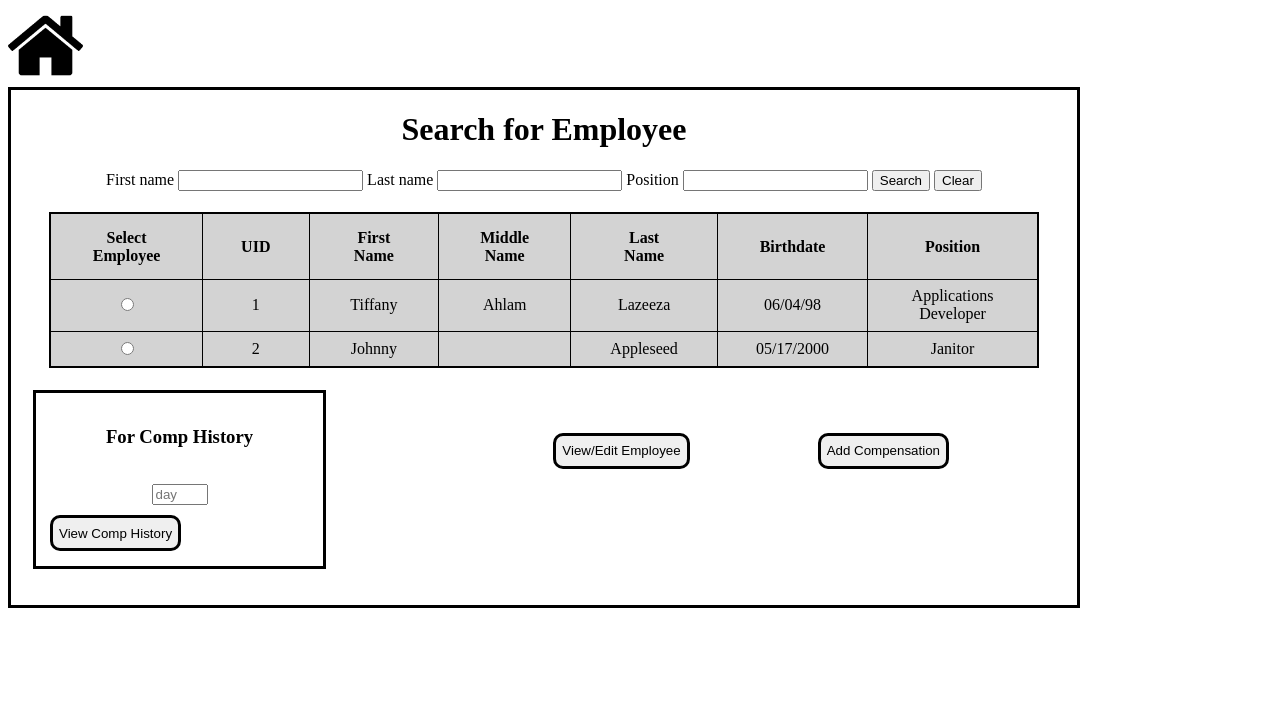
Repository: ticross18/SpringBootEmployeeSystem
Page: EmploymentSystem/src/main/resources/static/searchEmp.html
These files come from the project's save history. The page is drawn as it stood at one moment and after the next save; the edit follows.
The browser window is 1280 px wide. The pictures show the whole page.

Above is the page before, as saved 2022-05-17 18:18:56.

### EmploymentSystem/src/main/resources/static/searchEmp.html
<!DOCTYPE html>
<html>
<head>
	<title>Search for Employee</title>
	<meta charset="UTF-8">
	<meta name="viewport" content="width=device-width, initial-scale=1.0">
	<link href="css/screens.css" rel="stylesheet" type="text/css">
</head>
<body>

<a href="/"><img src="images/homeIcon2.png" id="homeButton" alt="home button"></a>

<div id="SearchEmpBox" >
	<h1 id="title">Search for Employee</h1>

	<form>
		<label for="fname">First name </label>
		<input type="text" id="fname" name="fname">
		<label for="lname">Last name  </label>
		<input type="text" id="lname" name="lname">
		<label for="position">Position</label>
		<input type="text" id="position" name="position">
		<button type="button" name ="search">Search</button>
		<button type="clear" name ="clear">Clear</button>
	</form>

	<table border=1  rules=rows id="results" >
		<tr>
			<th>Select Employee</th>
			<th>UID</th>
			<th>First Name</th>
			<th>Middle Name</th>
			<th>Last Name</th>
			<th>Birthdate</th>
			<th>Position</th>
		</tr>
		 <tr class="entries">
			<td><input type="radio" name="edit" class="editEmp"/></td>
			<td>1</td>
			<td>Tiffany</td>
			<td>Ahlam</td>
			<td>Lazeeza</td>
			<td>06/04/98</td>
			<td>Applications Developer</td>
		</tr>
		 <tr class="entries">
			<td><input type="radio" name="edit" class="editEmp"/></td>
			<td>2</td>
			<td>Johnny</td>
			<td></td>
			<td>Appleseed</td>
			<td>05/17/2000</td>
			<td>Janitor</td>
		</tr>

	</table>

     <button type="button" class="optionButtons" onclick="location.href = '#';" style="float:right; margin-top:6vh;" id="addEmp" > Add Compensation </button>

     <button type="button" class="optionButtons" onclick="location.href = '#';" style="float:right; margin-top:6vh;" id="viewEditEmp"> View/Edit Employee </button>

	<div id="dateRange">
		<h3>For Comp History</h3><br>

  <!-- mistake I made
  		<label >start day:</label>
		    <select class='monthDropDown'>
			    <option selected value=''>-Select-Month-</option>
			    <option value='1'>January</option>
			    <option value='2'>February</option>
			    <option value='3'>March</option>
			    <option value='4'>April</option>
			    <option value='5'>May</option>
			    <option value='6'>June</option>
			    <option value='7'>July</option>
			    <option value='8'>August</option>
			    <option value='9'>September</option>
			    <option value='10'>October</option>
			    <option value='11'>November</option>
			    <option value='12'>December</option>
		    </select>
		    <input type="number"min="1" max="31" placeholder="day"/>

		    <br>

		<label>end day:</label>
		<select class='monthDropDown'>
		    <option selected value=''>-Select-Month-</option>
		    <option value='1'>January</option>
		    <option value='2'>February</option>
		    <option value='3'>March</option>
		    <option value='4'>April</option>
		    <option value='5'>May</option>
		    <option value='6'>June</option>
		    <option value='7'>July</option>
		    <option value='8'>August</option>
		    <option value='9'>September</option>
		    <option value='10'>October</option>
		    <option value='11'>November</option>
		    <option value='12'>December</option>
	    </select>  -->
	    <input type="number"min="1" max="31" placeholder="day"/>
	     <br><button type="button" class="optionButtons" onclick="location.href = '#';" id="compHistory" > View Comp History </button>

	</div>


</div>
</body>
</html>

### EmploymentSystem/src/main/resources/static/css/screens.css
.container {
   display: flex;

}

#homeButton{
	width:75px;
	height:75px;
	position: relative;
}

.asterisk{
	color: red;
}

#addEmpBox {
	padding-left: 40vw;
	border: 3px solid rgb(0, 0, 0);
	padding-bottom: 15px;
}

#addEmpBox input {
	margin-bottom: 15px;
	padding: 2px;
}

#SearchEmpBox {
	border: 3px solid rgb(0, 0, 0);
	padding-bottom: 15px;
	margin-right: 15vw;
	text-align: center;
}

#userInput {
	display:inline-table;
}

#results {
	border: 2px solid black;
	margin: 10px;
	background-color: lightgrey;
	border-collapse: collapse;
	margin:  3vh 3vw;
}

#results th {
	padding: 2vh 3vw;
	border-left: 1px solid #000;
    border-right: 1px solid #000;
}

#results td {
	padding: 1vh 3vw ;
	border-left: 1px solid #000;
    border-right: 1px solid #000;

}

#finalEdit{
	text-align: left;
	position: left;
}

button.optionButtons {
	border-radius: 10px;
	margin-top: 10px;
	margin-right: 10vw;
	height: 5vh;
	border: 3px solid rgb(0, 0, 0);
}

button.optionButtons:active {
  box-shadow: 0 5px #666;
  transform: translateY(4px);
}

button.optionButtons:hover {
  background-color: rgb(255, 255, 128);
  cursor: pointer;
}

#dateRange {
	border: 3px solid rgb(0, 0, 0);
	width:fit-content;
	margin: 3vh;
	padding: 2vh;
}



.monthDropDown {
	width:110px;
}


tr.entries:hover {
  background-color: white;
  cursor: pointer;
}

After the next save:
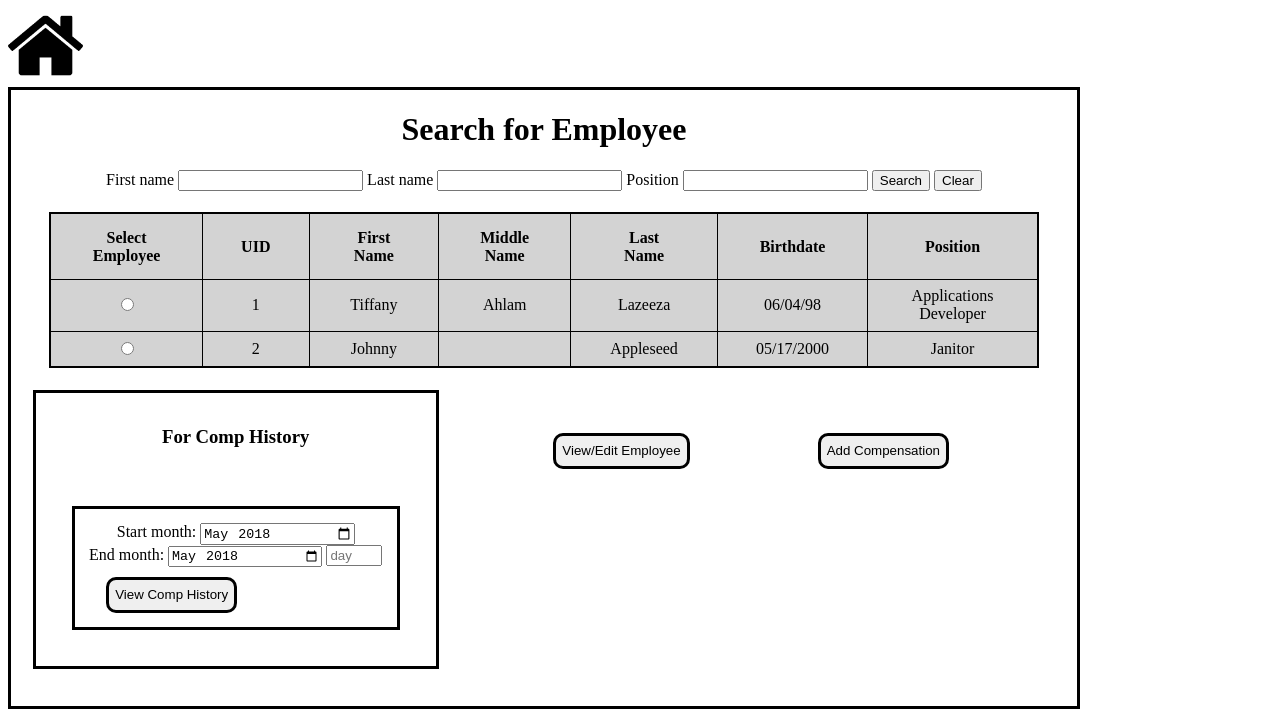
Saved 15 s later.
--- a/EmploymentSystem/src/main/resources/static/searchEmp.html
+++ b/EmploymentSystem/src/main/resources/static/searchEmp.html
@@ -62,7 +62,17 @@
 	<div id="dateRange">
 		<h3>For Comp History</h3><br>
 
-  <!-- mistake I made
+			<div id="dateRange">
+		<label for="start">Start month:</label>
+		<input type="month" id="start" name="start"
+     		  min="2018-03" value="2018-05">    <br>
+
+		<label for="start">End month:</label>
+		<input type="month" id="end" name="end"
+     		  min="2018-03" value="2018-05">
+
+
+  <!-- if user only wanted month and day
   		<label >start day:</label>
 		    <select class='monthDropDown'>
 			    <option selected value=''>-Select-Month-</option>
